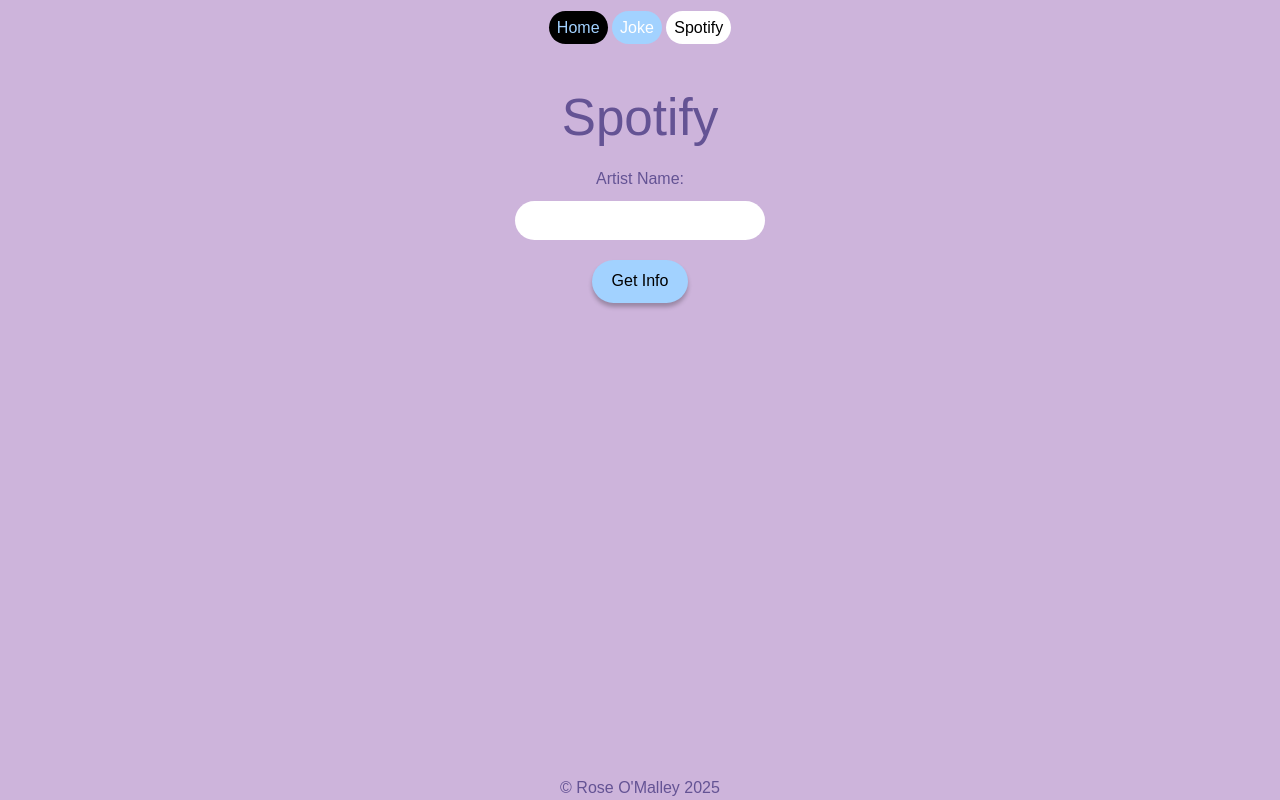
Repository: rosieomusic/spotify-react
Page: /#/spotify
The author's editor kept a copy of each file at every save. The page is drawn from the files as they stood at one save, then again after the next save.
The browser window is 1280 px wide. The pictures show the whole page.
The pointer rests on the first visible `.nav-link`.
The page's requests for data from a server got no answer. Some web fonts or font styles are not loaded; a fallback is used. The project was rebuilt for these pictures with package versions that can differ from the ones it lists, and the page was loaded fresh each time. No one was signed in, and anything a server would have sent is missing. Also part of the build but not shown: vite.config.js, src/pages/HomePage.jsx, src/components/AlbumComponent.jsx, src/services/JokeService.js, src/pages/JokePage.jsx.

Above is the page before, as saved 2025-05-22 15:06:49.

### index.html
<!DOCTYPE html>
<html lang="en">
	<head>
		<meta charset="UTF-8" />

		<meta
			name="viewport"
			content="width=device-width, initial-scale=1.0"
		/>
		<link
			rel="preconnect"
			href="https://fonts.googleapis.com"
		/>
		<link
			rel="preconnect"
			href="https://fonts.gstatic.com"
			crossorigin
		/>
		<link
			href="https://fonts.googleapis.com/css2?family=Jersey+10&display=swap"
			rel="stylesheet"
		/>
		<title>Joke and Spotify API</title>
	</head>
	<body>
		<div id="root"></div>
		<script
			type="module"
			src="/src/main.jsx"
		></script>
	</body>
</html>

### src/index.css
:root {
	font-family: system-ui, Avenir, Helvetica, Arial, sans-serif;
	line-height: 1.5;
	font-weight: 400;
	color: black;
	background-color: white;
	font-synthesis: none;
	text-rendering: optimizeLegibility;
	-webkit-font-smoothing: antialiased;
	-moz-osx-font-smoothing: grayscale;
}

h1 {
	font-size: 3.2em;
	line-height: 1.1;
}

### src/App.jsx
import './App.css';
import { HashRouter, Routes, Route, NavLink } from 'react-router-dom';

import HomePage from './pages/HomePage';
import SpotifyPage from './pages/SpotifyPage';
import JokePage from './pages/JokePage';

function App() {
	return (
		<HashRouter>
			<div id='app-container'>
				<nav>
					<NavLink
						to='/'
						className={({ isActive }) =>
							isActive ? 'nav-link active' : 'nav-link'
						}
					>
						Home
					</NavLink>{' '}
					<NavLink
						to='/joke'
						className={({ isActive }) =>
							isActive ? 'nav-link active' : 'nav-link'
						}
					>
						Joke
					</NavLink>{' '}
					<NavLink
						to='/spotify'
						className={({ isActive }) =>
							isActive ? 'nav-link active' : 'nav-link'
						}
					>
						Spotify
					</NavLink>
				</nav>

				<main>
					<Routes>
						<Route
							path='/'
							element={<HomePage />}
						/>
						<Route
							path='/joke'
							element={<JokePage />}
						/>
						<Route
							path='/spotify'
							element={<SpotifyPage />}
						/>
					</Routes>
				</main>
				<footer>&copy; Rose O'Malley 2025</footer>
			</div>
		</HashRouter>
	);
}

export default App;

### src/App.css
html,
body {
	height: 100%;
	margin: 0;
	padding: 0;
	background-color: #cdb4db;
	box-sizing: border-box;
	font-family: 'Jersey 10', sans-serif;
	color: #645394;
}
body {
	overflow-x: hidden;
}
#root {
	width: 100%;
	margin: 0 auto;
	display: flex;
	justify-content: center;
	align-items: center;
	text-align: center;
}
.spotify-wrapper {
	width: 100%;
	min-width: 100vw;
	min-height: 100vh;
	background-color: #cdb4db;
	display: flex;
	justify-content: center;
	align-items: flex-start;
}

#app-container {
	display: flex;
	flex-direction: column;
	min-height: 100vh;
	flex-grow: 1;
}
.spotify-page {
	flex-grow: 1;
	height: 100%;
	width: 100%;
	display: flex;
	flex-direction: column;
	align-items: center;
	background-color: #cdb4db;

	padding-bottom: 4rem;
}

button {
	background-color: #a2d2ff;
	border: none;
	margin-top: 20px;
	transition: box-shadow 200ms ease-in-out, transform 200ms ease-in-out;
	box-shadow: 0 4px 4px rgba(0, 0, 0, 0.25);
	font: inherit;
	cursor: pointer;
	outline: none;
	transition: border-color 0.25s;
	transform: scale(1);
	display: inline-block;
	transform-origin: center;
	padding: 0.6em 1.2em;
	font-size: 1em;
	font-weight: 500;
	border-radius: 30px;
}
button:focus {
	border: none;
	outline: none;
}
button:hover {
	transform: scale(1.05);
	box-shadow: 0 2x 2px rgba(0, 0, 0, 0.25);
}
h1,
p {
	font-weight: 100;
	justify-self: center;
	text-align: center;
	align-self: center;
	margin-bottom: 20px;
	text-wrap: wrap;
}
li {
	list-style-type: none;
}
h2 {
	text-align: center;
	padding-left: 1em;
	padding-right: 1em;
}
p {
	font-size: 22px;
}

nav {
	text-align: center;
	margin-top: 1rem;
}

.info {
	text-align: left;
	font-size: 40px;
	line-height: normal;
}
.bandImg {
	max-width: 400px;
	border-radius: 70%;
	padding: 1em;
}

.albumImg {
	width: 100%;
	max-width: 90%;
	display: grid;
	justify-self: center;
}
a {
	text-decoration: none;
	color: white;
	background-color: #a2d2ff;
	border-radius: 30px;
	padding: 0.5em;
}
.link {
	background-color: #cdb4db;
}
.nav-link.active {
	text-decoration: none;
	background-color: white;
	color: black;
}
.nav-link:hover {
	text-decoration: none;
	color: #a2d2ff;
	background-color: black;
}
main {
	display: flex;
	flex-direction: column;
	justify-content: center;
	align-items: center;
	text-align: center;
	height: 100%;
	box-sizing: border-box;
	margin-bottom: 0;
	padding-top: 1rem;
}
input {
	margin-top: 10px;
	border: none;
	padding: 0.5em;
	border-radius: 30px;
	font-family: 'Jersey 10', sans-serif;
	font-size: 18px;
	font-weight: 100;
}
input:focus {
	border: none;
	outline: none;
}
footer {
	background-color: #cdb4db;
}
ol {
	display: flex;
	flex-direction: column;
	justify-self: center;
	align-self: center;
	text-align: center;
	padding-inline-start: 0;
}

### src/pages/SpotifyPage.jsx
import React from 'react';
import { useState, useEffect } from 'react';
import SpotifyService from '../services/SpotifyService.js';
import AlbumComponent from '../components/AlbumComponent.jsx';

export default function SpotifyPage() {
	const [token, setToken] = useState('');
	const [artistName, setArtistName] = useState('');
	const [artist, setArtist] = useState('');
	const [albums, setAlbums] = useState('');
	const [track, setTracks] = useState('');

	function handleChange(event) {
		setArtistName(event.target.value);
	}

	function getArtistInfo() {
		SpotifyService.getArtist(artistName, token).then((response) => {
			//console.log(response);
			setArtist(response.data.artists.items[0]);
		});
	}
	function getAlbumInfo() {
		SpotifyService.getAlbums(artist.id, token).then((response) => {
			//console.log(response);
			setAlbums(response.data.items);
		});
	}
	function getTopTracks() {
		SpotifyService.getTopTracks(artist.id, token).then((response) => {
			console.log(response);
			setTracks(response.data.tracks);
		});
	}
	function handleKeyPress(event) {
		if (event.key === 'Enter') {
			SpotifyService.getArtist(artistName, token).then((response) => {
				console.log(response);
				setArtist(response.data.artists.items[0]);
			});
		}
	}

	function getAuthToken() {
		SpotifyService.getAuthToken().then((response) => {
			setToken(response.access_token);
		});
	}
	useEffect(() => {
		getAuthToken();
	}, []);
	return (
		<div className='spotify-wrapper'>
			<div className='spotify-page'>
				<h1>Spotify</h1>
				<label htmlFor='artistName'>Artist Name:</label>
				<input
					type='text'
					value={artistName}
					onChange={handleChange}
					onKeyDown={handleKeyPress}
				/>
				<button onClick={getArtistInfo}>Get Info</button>
				<div id='artist'>
					{artist && (
						<div id='info'>
							{artist.images && artist.images.length > 0 && (
								<a
									className='link'
									href={artist.uri}
									target='_blank'
									rel='noopener noreferrer'
								>
									<img
										className='bandImg'
										src={artist.images[0].url}
										alt={`${artist.name} Img`}
									/>
								</a>
							)}
							<ul>
								<li className='info'>Popularity: {artist.popularity}</li>
								<li className='info'>{artist.name}</li>
								<li className='info'>Followers: {artist.followers.total}</li>
								<li>{artist.tracks}</li>
								{artist.genres && artist.genres.length > 0 && (
									<li className='info'>Genres: {artist.genres + ' '} </li>
								)}
							</ul>

							<div>
								<button onClick={getTopTracks}>Get Top Tracks</button>
							</div>
							{track && track.length > 0 && (
								<div className='top-tracks'>
									<h3>Top Tracks</h3>
									<ol>
										{track.map((t) => (
											<li key={t.id}>
												{t.name}
												{t.preview_url && (
													<div>
														<audio
															controls
															src={t.preview_url}
														>
															Your browser does not support the audio element.
														</audio>
													</div>
												)}
											</li>
										))}
									</ol>
								</div>
							)}

							<div className='albums'>
								<button onClick={getAlbumInfo}>Get Albums</button>
								{albums && <AlbumComponent albums={albums} />}
							</div>
						</div>
					)}
				</div>
			</div>
		</div>
	);
}

### src/services/SpotifyService.js
import axios from 'axios';

const client_id = import.meta.env.VITE_SPOTIFY_ID;
const client_secret = import.meta.env.VITE_SPOTIFY_SECRET;
const auth_token = btoa(`${client_id}:${client_secret}`);

export default {
	getAuthToken() {
		return axios
			.post(
				'https://accounts.spotify.com/api/token',
				new URLSearchParams({
					grant_type: 'client_credentials',
				}).toString(),
				{
					headers: {
						'Content-Type': 'application/x-www-form-urlencoded',
						Authorization: 'Basic ' + auth_token,
					},
				}
			)
			.then((response) => response.data);
	},

	getArtist(artistName, token) {
		return axios.get(
			`https://api.spotify.com/v1/search?q=${artistName}&type=artist`,
			{
				headers: { Authorization: 'Bearer ' + token },
			}
		);
	},

	getAlbums(artistId, token) {
		return axios.get(`https://api.spotify.com/v1/artists/${artistId}/albums`, {
			headers: { Authorization: 'Bearer ' + token },
		});
	},
	getTopTracks(artistId, token) {
		return axios.get(
			`https://api.spotify.com/v1/artists/${artistId}/top-tracks?market=US`,
			{
				headers: { Authorization: 'Bearer ' + token },
			}
		);
	},
};

Loaded but not shown: src/main.jsx (common file)

After the next save:
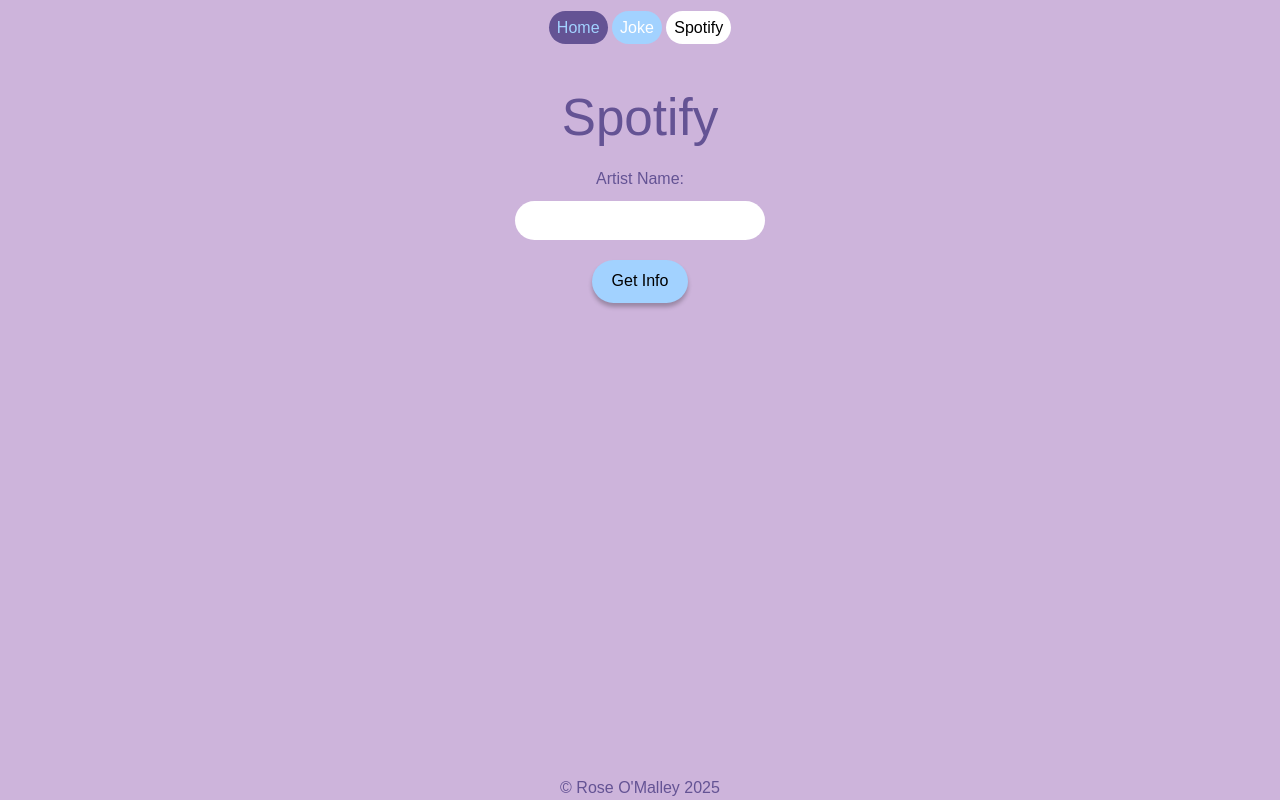
Saved 50 s later.
--- a/src/App.css
+++ b/src/App.css
@@ -134,7 +134,7 @@
 .nav-link:hover {
 	text-decoration: none;
 	color: #a2d2ff;
-	background-color: black;
+	background-color: #645394;
 }
 main {
 	display: flex;
